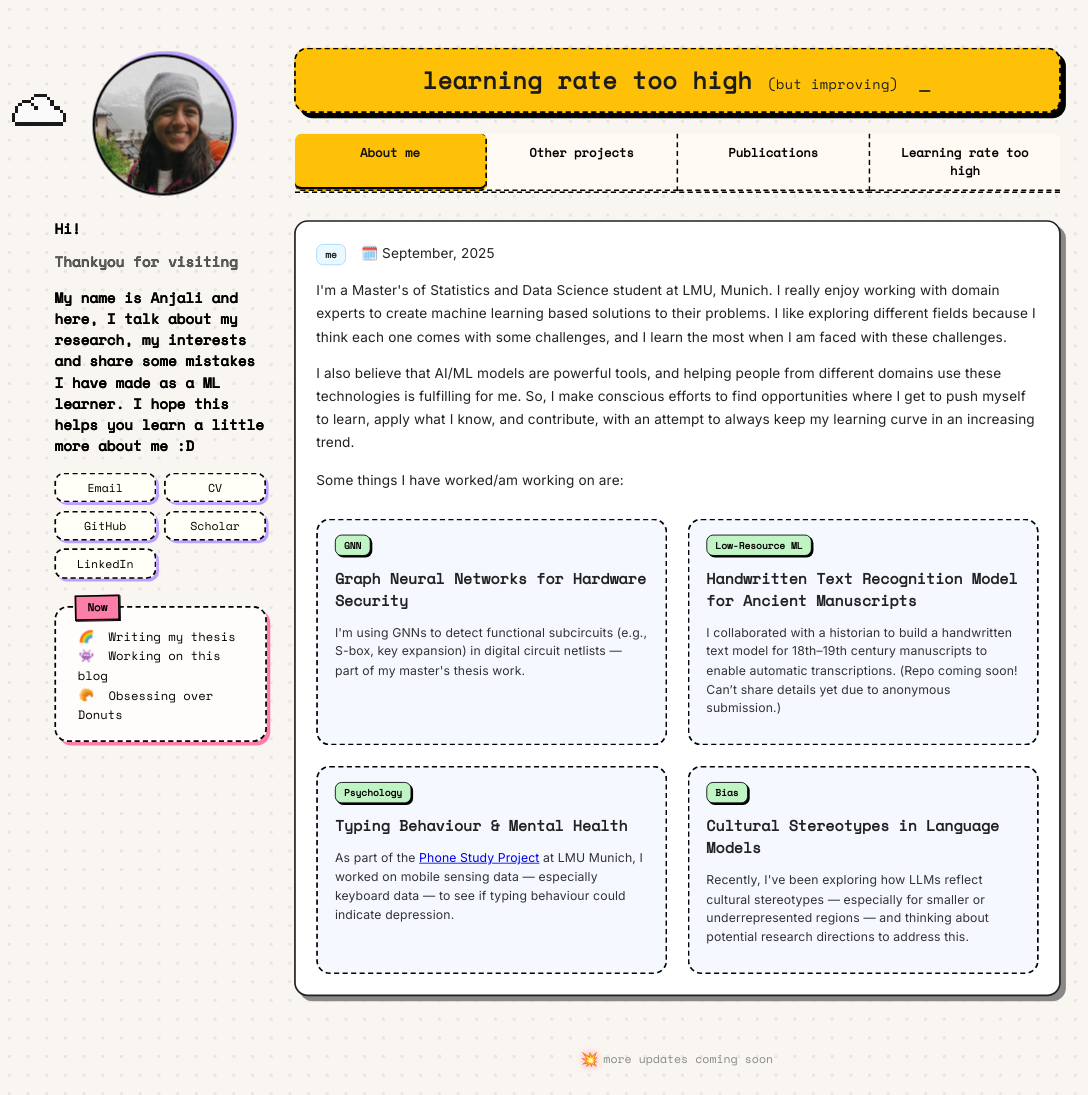
Repository: anjalisarawgi/learning_rate_too_high
Page: index.html
These files come from the project's save history. The page is drawn as it stood at one moment and after the next save; the edit follows.
The browser window is 1280 px wide. The pictures show the whole page, at 85% of full size.

Above is the page before, as saved 2025-11-04 15:05:37.

After the next save:
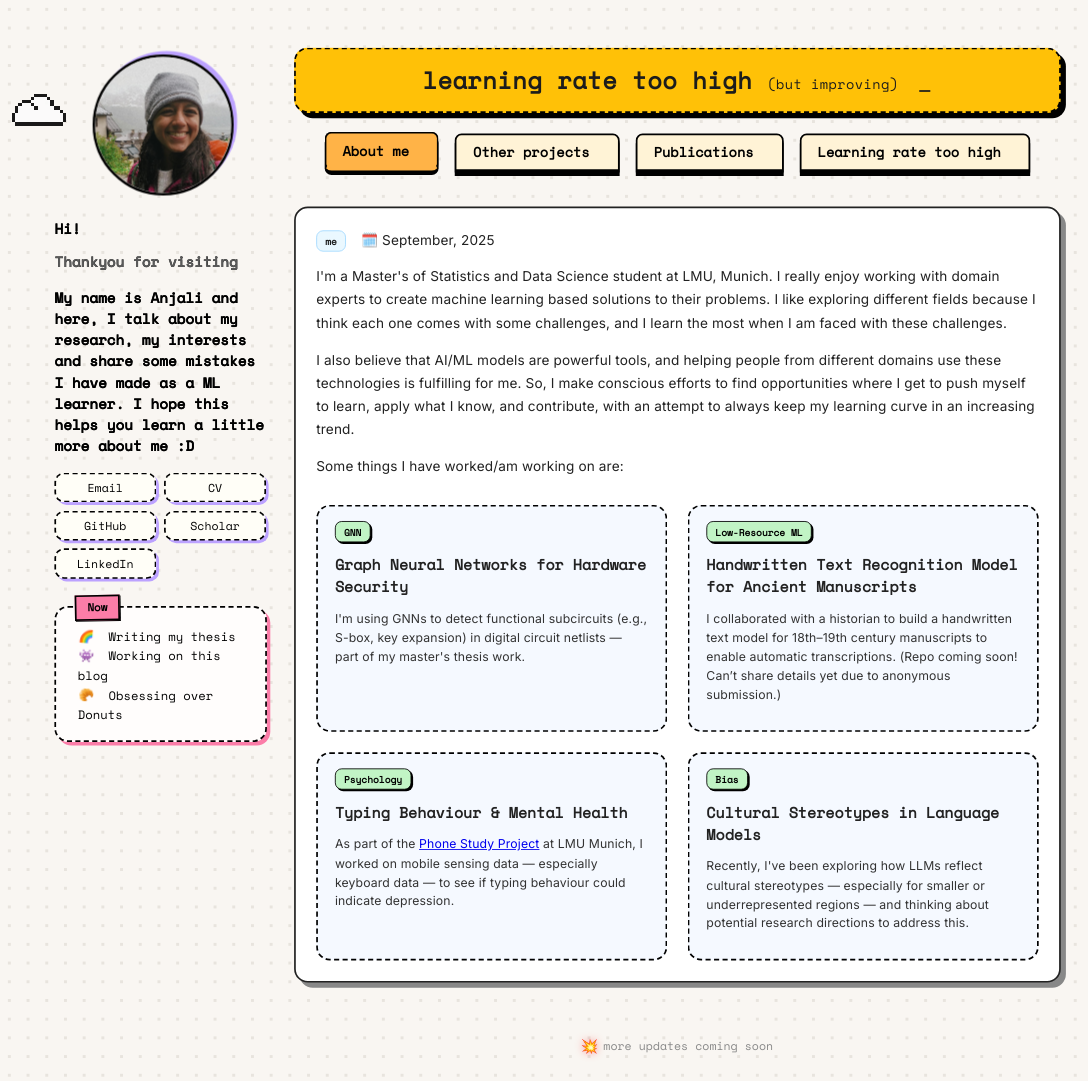
Saved 45 s later.
--- a/index.html
+++ b/index.html
@@ -465,43 +465,49 @@ footer .boom {
 nav {
   display: flex;
   justify-content: center;
-  gap: 0;
-  margin: 1.5rem auto 2rem auto;
-  border-bottom: 2px dashed #000;
-  max-width: 900px;
-  background: #fffdf8;
-  border-radius: 0.5rem 0.5rem 0 0;
-  overflow: hidden;
+  flex-wrap: wrap;
+  gap: 1.2rem;
+  margin: 1.5rem 0 2.5rem 0;
 }
 
 nav a {
-  flex: 1;
-  text-align: center;
+  position: relative;
   text-decoration: none;
   color: #000;
   font-family: 'Space Mono', monospace;
   font-weight: 600;
-  font-size: 0.9rem;
-  padding: 0.75rem 1rem;
-  border-right: 2px dashed #000;
-  background: #fffaf3;
-  transition: all 0.2s ease;
-}
-
-nav a:last-child {
-  border-right: none;
+  background: #FFF3D6; /* pale yellow-beige tone */
+  border: 2px solid #000;
+  border-bottom: 4px solid #000;
+  border-radius: 0.5rem 0.5rem 0 0;
+  padding: 0.5rem 1.2rem;
+  box-shadow: 0 4px 0 #000;
+  transition: all 0.15s ease;
 }
 
 nav a:hover {
-  background: #FFF2B2;
+  background: #FFD966; /* warmer hover tone */
+  transform: translateY(-3px);
+  box-shadow: 0 6px 0 #000;
+}
+
+nav a.active {
+  background: #FFB347; /* orange accent for active */
+  border-bottom-color: #FFB347;
   transform: translateY(-2px);
-}
-
-nav a.active {
-  background: #FFC107;
-  box-shadow: inset 0 -3px 0 #000;
+  box-shadow: 0 5px 0 #000;
   font-weight: 700;
-  color: #111;
+}
+
+/* Optional subtle cursor line on hover */
+nav a::after {
+  content: "_";
+  opacity: 0;
+  margin-left: 0.25rem;
+  transition: opacity 0.2s ease;
+}
+nav a:hover::after {
+  opacity: 1;
 }
   </style>
 </head>
